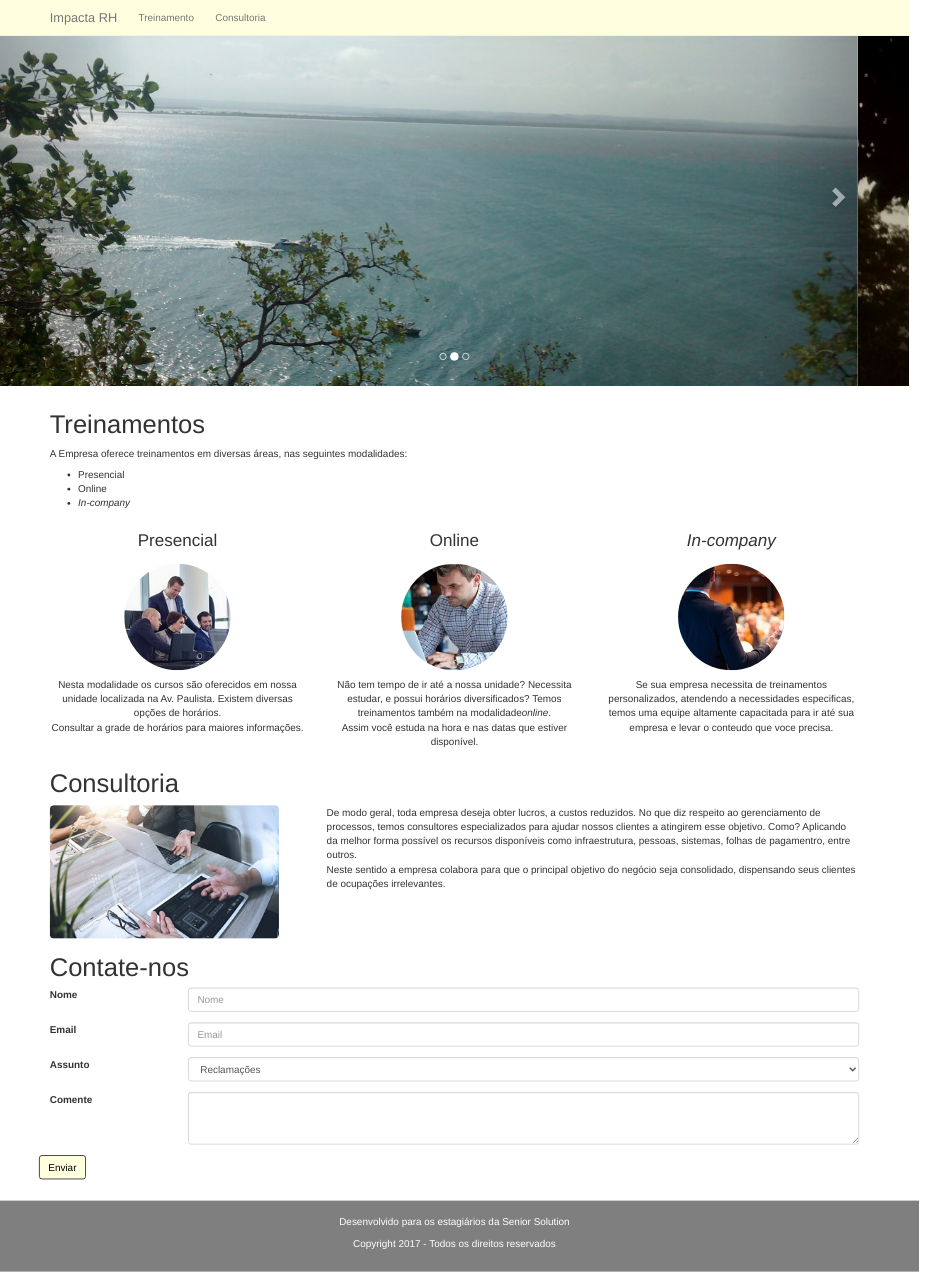
Repository: bitkelvin/Impacta
Page: Modulo6/02_EmpresaRH/WebContent/produtos.html
The author's editor kept a copy of each file at every save. The page is drawn from the files as they stood at one save, then again after the next save.
The browser window is 1280 px wide. The page is 1295 px wide, then 1310 px, then 1295 px, so the pictures cover 1310 px, including what lies to the right of the window. The pictures show the whole page, at 71% of full size.
Some web libraries are served in a nearby version.

Above is the page before, as saved 2017-11-10 02:44:25.

### Modulo6/02_EmpresaRH/WebContent/produtos.html
<!DOCTYPE html>
<html>
<head>
<meta charset=UTF-8>
<meta name="viewport" content="width=device-width, initial-scale=1.0">
<title>Apresentação dos Produtos</title>
<link rel="stylesheet" href="https://maxcdn.bootstrapcdn.com/bootstrap/3.3.7/css/bootstrap.min.css" >
<link rel="stylesheet" href="css/produtos.css">
</head>
<body>
	<nav class="navbar navbar-default navbar-fixed-top" style="background-color: lightyellow;">
		<div class="container">
			<div class="navbar-header">
				<button type="button" class="navbar-toggle" data-toggle="collapse" data-target=".navbar-collapse">
					 <span class="icon-bar"></span>
					 <span class="icon-bar"></span>
					 <span class="icon-bar"></span>
				</button>
				<a class="navbar-brand" href="#">Impacta RH</a>
			</div>

			<div class="navbar-collapse collapse">
				<ul class="nav navbar-nav">
					<li><a href="#treinamento">Treinamento</a></li>
					<li><a href="#consultoria">Consultoria</a></li>
				</ul>
			</div>
		</div>
	</nav>

	<div class="row">
		<div class="col-xs-12">
			<div id="slides" class="carousel slide" data-ride="carousel">
				<ol class="carousel-indicators">
					<li data-target="#slides" data-slide-to="0" class="active"></li>
					<li data-target="#slides" data-slide-to="1"></li>
					<li data-target="#slides" data-slide-to="2"></li>
				</ol>

				<!-- conteudo dos slides -->
				<div class="carousel-inner" role="listbox">
					<div class="item active">
						 <img src="img/carousel01.jpg" />
					</div>
					<div class="item">
						 <img src="img/carousel02.jpg" />
					</div>
					<div class="item">
						 <img src="img/carousel03.jpg" />
					</div>
				</div>

				<a class="left carousel-control" href="#slides" role="button"
				 	data-slide="prev"><span class="glyphicon glyphicon-chevron-left" aria-hidden="true"></span>
				 	<span class="sr-only">Anterior</span>
				 </a>

				 <a class="right carousel-control" href="#slides" role="button"
				 	data-slide="next"><span class="glyphicon glyphicon-chevron-right" aria-hidden="true"></span>
				 	<span class="sr-only">Próxima</span>
				 </a>

			</div>

		</div>

		<div class="container body-content clearfix">
					<section id="treinamento">
						<h1>Treinamentos</h1>
						<p>
							A Empresa oferece treinamentos em diversas áreas,
							nas seguintes modalidades:
						</p>
						<ul>
							<li>Presencial</li>
							<li>Online</li>
							<li><i>In-company</i></li>
						</ul>

						<div class="row center-image">
							<div class="col-md-4">
								<h3>Presencial</h3>
								<img src="img/curso-presencial.jpg" class="img-circle margin-image" />
								<p>
									Nesta modalidade os cursos são oferecidos em nossa unidade
									 localizada na Av. Paulista.
									 Existem diversas opções de horários.<br/>
									 Consultar a grade de horários para maiores informações.
								</p>
							</div>
							<div class="col-md-4">
								<h3>Online</h3>
								<img src="img/curso-online.jpg" class="img-circle margin-image">
								<p>
									Não tem tempo de ir até a nossa unidade?
									Necessita estudar, e possui horários diversificados?
									Temos treinamentos também na modalidade<i>online</i>.<br/>
									Assim você estuda na hora e nas datas que estiver disponível.
								</p>
							</div>
							<div class="col-md-4">
								<h3><i>In-company</i></h3>
								<img src="img/curso-incompany.jpg" class="img-circle margin-image">
								<p>
									Se sua empresa necessita de treinamentos personalizados,
									atendendo a necessidades especificas, temos uma equipe
									altamente capacitada para ir até sua empresa e levar o
									conteudo que voce precisa.
								</p>
							</div>
						</div>

					</section>

					<section id="consultoria">
						<h1>Consultoria</h1>

						<div class="row">
							<div class="col-md-4">
								<img src="img/consultoria.jpg" class="img-rounded" />
							</div>
							<div class="col-md-8">
								<p>
									De modo geral, toda empresa deseja obter lucros,
									a custos reduzidos. No que diz respeito ao gerenciamento de
									processos, temos consultores especializados para ajudar nossos
									clientes a atingirem esse objetivo.
									Como? Aplicando da melhor forma possível os recursos
									disponíveis como infraestrutura, pessoas, sistemas,
									folhas de pagamentro, entre outros.<br/>
									Neste sentido a empresa colabora para que o principal
									objetivo do negócio seja consolidado, dispensando seus
									clientes de ocupações irrelevantes.
								</p>
							</div>
						</div>
					</section>

					<section>
						<h1>Contate-nos</h1>

						<form>

						  <div class="form-group row">
						    <label for="nome" class="col-sm-2 col-form-label">Nome</label>
						    <div class="col-sm-10">
						      <input type="text" class="form-control" id="nome" placeholder="Nome">
						    </div>
						  </div>

						  <div class="form-group row">
						    <label for="email" class="col-sm-2 col-form-label">Email</label>
						    <div class="col-sm-10">
						      <input type="email" class="form-control" id="email" placeholder="Email">
						    </div>
						  </div>

						  <div class="form-group row">
						    <label for="assunto" class="col-sm-2 col-form-label">Assunto</label>
							 <div class="col-sm-10">
							 	<select class="form-control" id="assunto">
								</select>
							 </div>
						  </div>

						<div class="form-group row">
						    <label for="comente" class="col-sm-2 col-form-label">Comente</label>
						    <div class="col-sm-10">
						    	<textarea class="form-control" id="comente" rows="3"></textarea>
						    </div>
						</div>

						<div class="form-group row">
							<button id="botao" type="button" class="btn btn-primary" style="background-color: lightyellow; color: black; border-color: black;">Enviar</button>
						</div>

						</form>

					</section>
				</div>

			<footer class="footer">
				<p>Desenvolvido para os estagiários da Senior Solution</p>
				<p>Copyright 2017 - Todos os direitos reservados</p>
			</footer>

	</div>

	<script type="text/javascript" src="https://code.jquery.com/jquery-3.2.1.min.js"></script>
	<script src="https://maxcdn.bootstrapcdn.com/bootstrap/3.3.7/js/bootstrap.min.js" ></script>
	<script src="js/script.js" ></script>
</body>
</html>

### Modulo6/02_EmpresaRH/WebContent/css/produtos.css
.carousel-inner > .item > img{
	position: relative;
	min-width: 100%;
	min-height: 100%;
}

.body-content{
	clear: both;
	padding: 15px;
}

/*nossas classes*/
.center-image{
	text-align: center;
}

.margin-image{
	margin: 10px;
}

.footer{
	bottom: 0;
	width: 100%;
	text-align: center;
	padding: 20px;
	background-color: #7F7F7F;
	color: white;
}

### Modulo6/02_EmpresaRH/WebContent/js/script.js
/**
 * Array de Estados
 */
var assuntos = [
	{ "id": 1, "descricao": "Reclamações"},
	{ "id": 2, "descricao": "Pedidos"},
	{ "id": 3, "descricao": "Informações"}
];

$(document).ready(function(){
	//preenche o elemento <select id="estado"> com os estados
	$.each(assuntos, function(i, assunto){
		$("#assunto").append($("<option>", {
			value: assunto.id,
			text: assunto.descricao
		}));
	});

	$("#botao").click(function(){
		var nome = $("#nome").val();
		var email = $("#email").val();
		var assunto = assuntos.filter(val => val.id == $("#assunto").val())[0];
		var comentario = $("#comente").val();

		alert(`nome: ${nome}, email: ${email}, assunto: ${assunto.descricao}, comentario: ${comentario}`);
	});
});

/////////////////////////////////////////////////////////////////////////////////////////////////////////////////////////////

var request, db;

//abrindo(ou criando) o banco de dados
request = window.indexedDB.open("DBCadastros", 1);

//eventos usados ao abrir o banco de dados
request.onerror = function(event){
	$("#mensagemdb").html("Erro ao abrir o banco de dados");
}

request.onsuccess = function(event){
	$("#mensagemdb").html("Banco de Dados aberto");
	db = event.target.result;

	listarBegin();

}

request.onupgradeneeded = function(event){
	$("#mensagemdb").html("Banco de Dados preparado");
	db = event.target.result;

	var objectStore = db.createObjectStore("cadastros", { keyPath: "cpf"});
}



//evento para incluir um nobvo registro
$("#btnEnviar").click(function(){
	var vcpf = $("#cpf").val();
	var vnome = $("#nome").val();
	var vemail = $("#email").val();
	var vtelefone = $("#telefone").val();

	var transaction = db.transaction(["cadastros"],"readwrite");

	transaction.oncomplete = function(event) {
		$("#mensagemdb").html("Registro incluído :)");
	}
	transaction.onerror = function(event) {
		$("#mensagemdb").html("Ocorreu um erro :(");
	}

	var objectStore = transaction.objectStore("cadastros");

	objectStore.add({
		cpf: vcpf,
		nome: vnome,
		email: vemail,
		telefone: vtelefone
	});

	objectStore.openCursor().onsuccess = function(event) {
		var cursor = event.target.result;

		if(cursor){
			$("#listaCadastro").append("<li>" +
					cursor.value.cpf + " - " + cursor.value.nome + " - " +
					cursor.value.email + " - " + cursor.value.telefone + "</li>");
			cursor.continue();
		}
	}

});

function listarBegin() {

	var transaction = db.transaction(["cadastros"],
	"readonly");

	var objectStore = transaction.objectStore("cadastros");

	objectStore.openCursor().onsuccess = function(event) {
		var cursor = event.target.result;

		if(cursor){
			$("#listaCadastro").append("<li>" +
					cursor.value.cpf + " - " + cursor.value.nome + " - " +
					cursor.value.email + " - " + cursor.value.telefone + "</li>");
			cursor.continue();
		}
	}
}

After the next save:
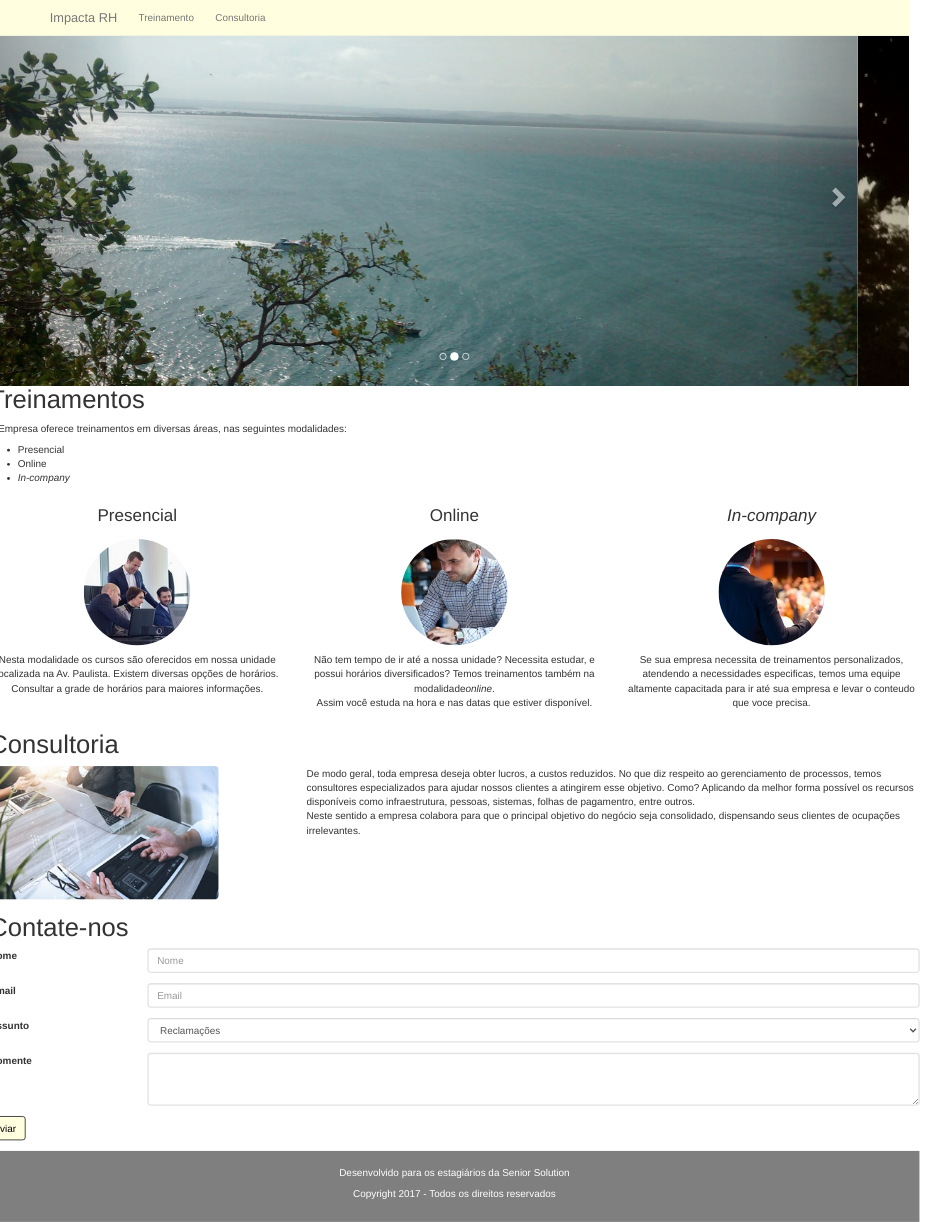
Saved 5 min 27 s later.
--- a/Modulo6/02_EmpresaRH/WebContent/produtos.html
+++ b/Modulo6/02_EmpresaRH/WebContent/produtos.html
@@ -50,8 +50,7 @@
 					</div>
 				</div>
 
-				<a class="left carousel-control" href="#slides" role="button"
-				 	data-slide="prev"><span class="glyphicon glyphicon-chevron-left" aria-hidden="true"></span>
+				<a class="left carousel-control" href="#slides" role="button" data-slide="prev"><span class="glyphicon glyphicon-chevron-left" aria-hidden="true"></span>
 				 	<span class="sr-only">Anterior</span>
 				 </a>
 
@@ -64,7 +63,7 @@
 
 		</div>
 
-		<div class="container body-content clearfix">
+		<div class="">
 					<section id="treinamento">
 						<h1>Treinamentos</h1>
 						<p>

After the save that followed:
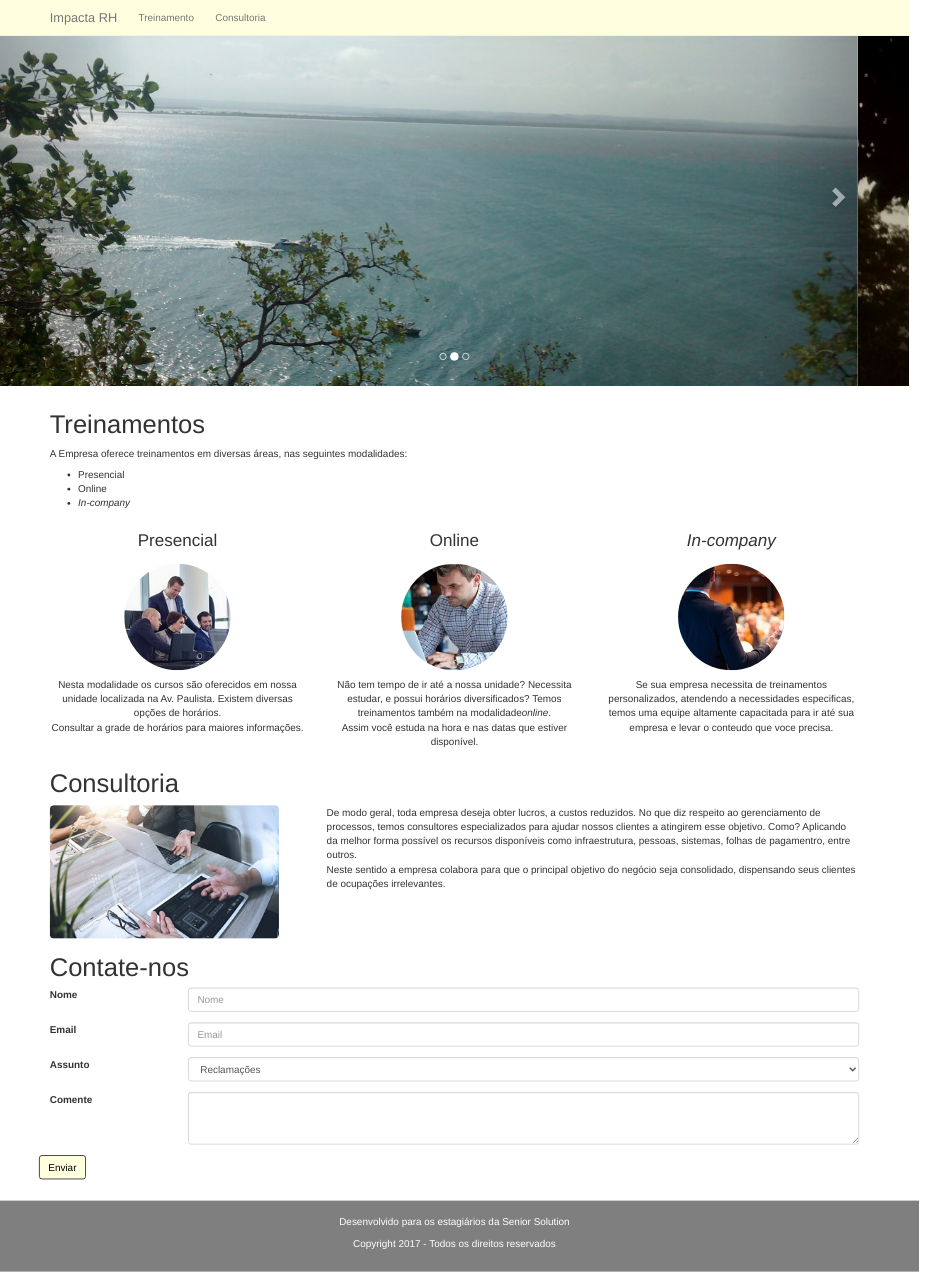
Saved 12 s later.
--- a/Modulo6/02_EmpresaRH/WebContent/produtos.html
+++ b/Modulo6/02_EmpresaRH/WebContent/produtos.html
@@ -63,7 +63,7 @@
 
 		</div>
 
-		<div class="">
+		<div class="container body-content clearfix">
 					<section id="treinamento">
 						<h1>Treinamentos</h1>
 						<p>
